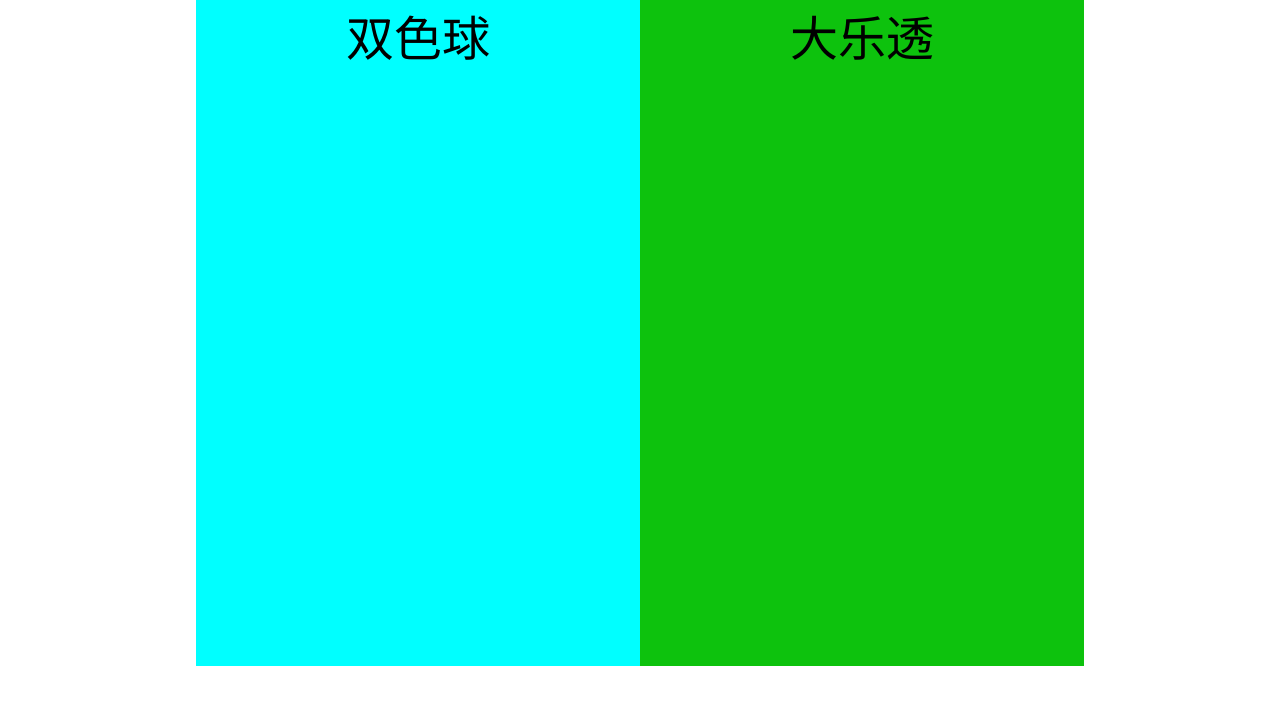
Repository: yz1181214391/caipiao-demo
Page: Cp.html
An editor plug-in stored every save of this project. The page is shown before and after the next save, followed by the edit.
The browser window is 1280 px wide. The pictures show the whole page.

Above is the page before, as saved 2020-12-14 10:35:23.

After the next save:
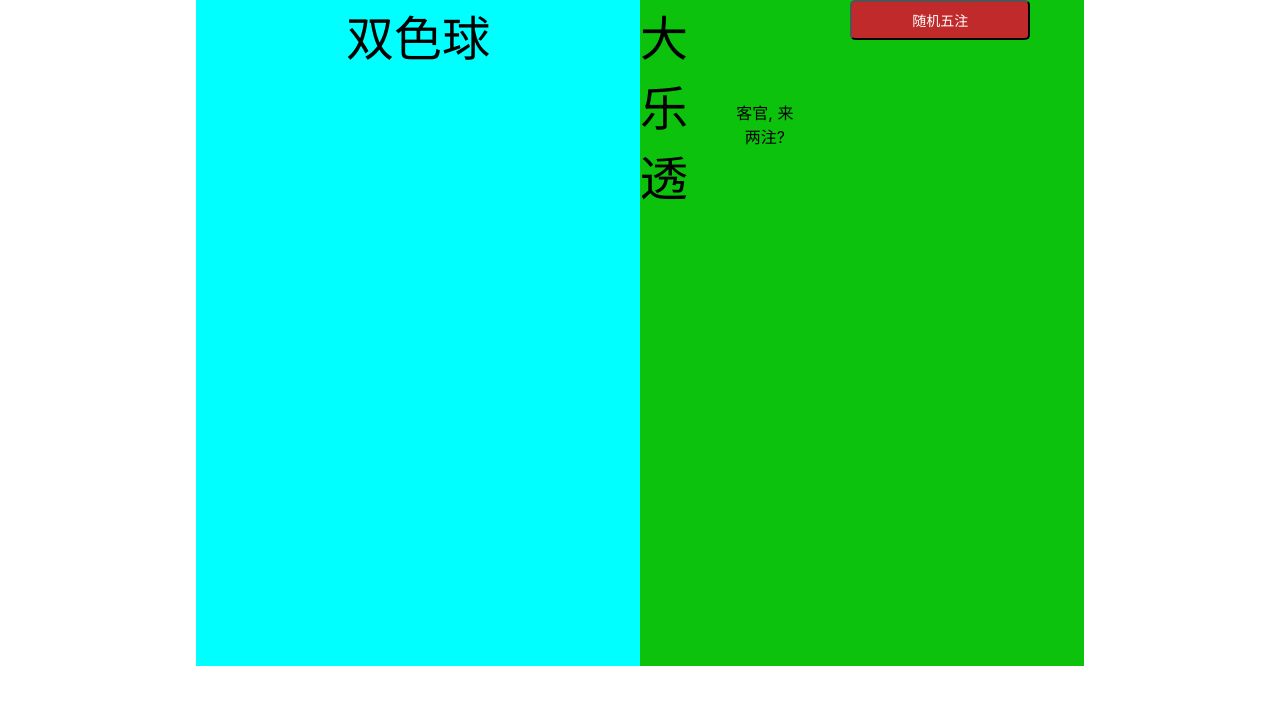
Saved 5 min 6 s later.
--- a/Cp.html
+++ b/Cp.html
@@ -43,6 +43,50 @@
         width: 100%;
         background-color: rgb(13, 194, 13);
     }
+
+    .content {
+        height: 70%;
+        padding-top: 100px;
+        text-align: center;
+    }
+    .context {
+        margin: 20px 0;
+    }
+    .context span {
+        display: inline-block;
+        width: 30px;
+        height: 30px;
+        line-height: 30px;
+        font-size: 14px;
+        border-radius: 50%;
+        color: #fff;
+        background: rgba(192, 42, 42, 1);
+        margin-right: 15px;
+    }
+    .context span:nth-child(5) {
+        margin-right: 30px;
+    }
+    .context span:nth-child(7) {
+        margin-right: 0;
+    }
+    .context span:nth-child(6),.context span:nth-child(7) {
+        background: rgba(47, 40, 153, 1);
+    }
+    .button {
+        width: 100%;
+    }
+    .button input {
+        width: 180px;
+        height: 40px;
+        line-height: 40px;
+        display: block;
+        margin: 0 auto;
+        background: rgba(192, 42, 42, 1);
+        color: #fff;
+        font: normal 400 14px '微软雅黑';
+        border-radius: 5px;
+        outline: none;
+    }
 </style>
 <body>
     <div class="box cp-flex">
@@ -51,7 +95,103 @@
         </div>
         <div class="dlt-box cp-flex">
             <h1 class="cp-font">大乐透</h1>
+            <div class="content">
+                <h3>客官, 来两注?</h3>
+            </div>
+            <div class="button">
+                <input type="button" value="随机五注" onclick="fiveNumStr()">
+            </div>
         </div>
     </div>
 </body>
+<script>
+    // 定义 randomNumber方法, 随机输出数组
+    function randomNumber(num) {
+      // 定义 strArr方法, 生成数组
+      function strArr(num) {
+          var numberAarry = []
+          for (var i = 0; i < num; i++) {
+              numberAarry[i] = i + 1
+          }
+          return numberAarry
+      }
+      // 获得数组
+      var numberAarry = strArr(num)
+      // 将数组元素随机排序
+      numberAarry.sort(function () {
+          return 0.5 - Math.random()
+      })
+      // 小于10，前面加0
+      for (var i = 0; i < numberAarry.length; i++) {
+          if (numberAarry[i] < 10) {
+              numberAarry[i] = '0' + numberAarry[i]
+          } else {
+              numberAarry[i] = String(numberAarry[i])
+          }
+      }
+      return numberAarry
+  }
+
+    // 用 fiveIsClick 限制用户频繁点击按钮
+    var fiveIsClick = true
+  function fiveNumStr() {
+      if (fiveIsClick) {
+          // 设为false, 不可再次点击
+          fiveIsClick = false
+          var content = document.getElementsByClassName('content')[0]
+          var innerText = content.getElementsByClassName('context')
+          var ulNode = content.getElementsByTagName('ul')[0]
+          // 先删除已创建的ul及其字节点, 再新增
+          // 为什么要删除再添加节点呢, 是因为不增删节点只改变数字虽然渲染更快, 但是区别太小, 失去了动态效果
+          // 当然, 如果你不需要删除再添加节点也行, 以下代码稍改动一下就好了
+          if (ulNode) {
+              content.removeChild(ulNode)
+          }
+          var ul = document.createElement('ul')
+          // 用ul节点长度判断是否存在ul
+          var ulLength = content.getElementsByTagName('ul').length
+          var index = 0
+          // 计时器，每隔0.5秒新增一组
+          var interval = setInterval(function() {
+              index ++
+              if (ulLength < 1) {
+                  var li = document.createElement('li')
+                  li.setAttribute('class','context')
+                  ul.appendChild(li)
+                  content.appendChild(ul)
+                  // 遍历li节点
+                  var context = document.getElementsByClassName('context')[index - 1]
+                  // 得到顺序被打乱的前区35个数字数组
+                  var randomLeft = randomNumber(35)
+                  // 大乐透前区数组
+                  var leftNum = [randomLeft[0], randomLeft[1], randomLeft[2], randomLeft[3], randomLeft[4]]
+                  // 从小到大排序
+                  leftNum.sort(function (a, b) {
+                      return a - b
+                  })
+                  // 得到顺序被打乱的后区12个数字数组
+                  var randomRight = randomNumber(12)
+                  // 大乐透后区数组
+                  var rightNum = [randomRight[0], randomRight[1]]
+                  rightNum.sort(function (a, b) {
+                      return a - b // 从小到大排序
+                  })
+                  // 节点模版，用于给每个球添加样式
+                  var spanNode = "<span>" + leftNum[0] + "</span>" + "<span>" + leftNum[1] + "</span>" + "<span>" + leftNum[2] + "</span>"
+                      + "<span>" + leftNum[3] + "</span>" + "<span>" + leftNum[4] + "</span>" + "<span>" + rightNum[0] + "</span>" + "<span>" + rightNum[1] + "</span>"
+                  // 节点已添加，再添加spanNode节点模版
+                  context.innerHTML = spanNode
+                  // li节点数量达到5个，就停止计时器
+                  if (index >= 5) {
+                      clearInterval(interval)
+                  }
+              }
+          }, 500)
+          // 阻止按钮重复点击，间隔3秒
+          setTimeout(function() {
+              fiveIsClick = true
+          }, 3000)
+      }
+  }
+</script>
 </html>
